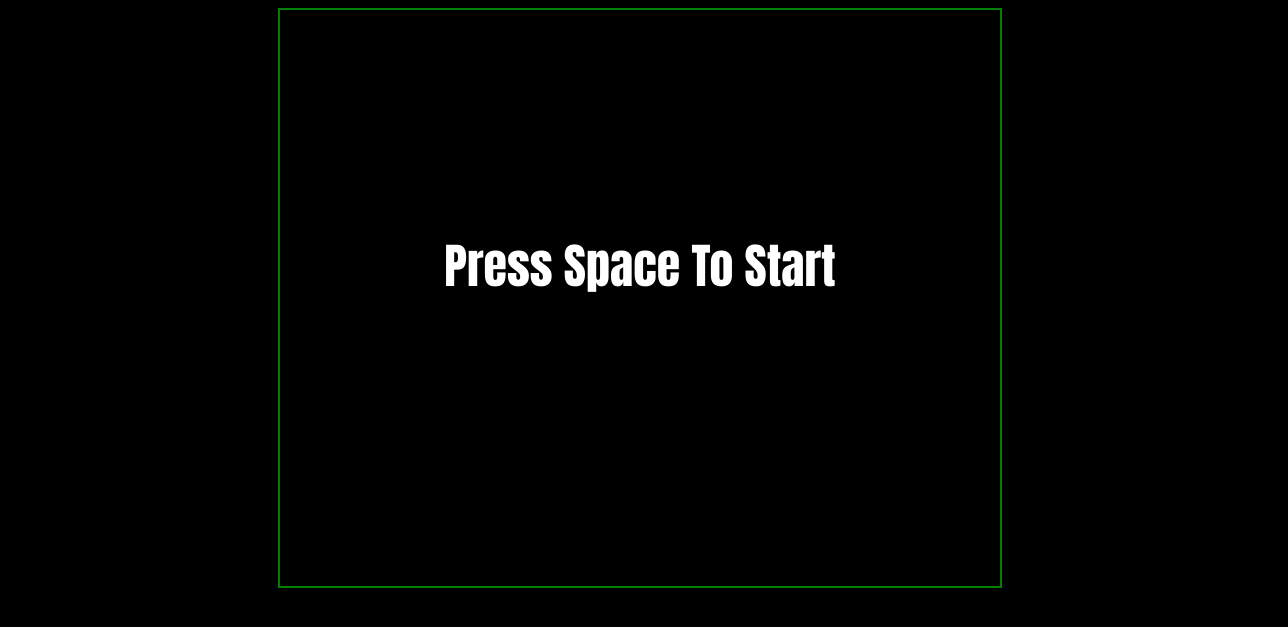
Repository: tuansontruong/SpaceInvader
Page: index.html
These files come from the project's save history. The page is drawn as it stood at one moment and after the next save; the edit follows.
The browser window is 1280 px wide. The page is 1280 px wide, then 1288 px, so the pictures cover 1288 px, including what lies to the right of the window. The pictures show the whole page.

Above is the page before, as saved 2020-05-16 20:55:17.

### index.html
<!DOCTYPE html>
<html lang="en">

<head>
    <meta charset="UTF-8">
    <meta name="viewport" content="width=device-width, initial-scale=1.0">
    <title>Document</title>
    <link rel="stylesheet" href="css/style.css">
</head>

<body>

    <div id="playWindow">
        <div id="playArea">
            <div id="scoreContainer">
                <div class="score" id="lives"></div>
                <div class="score" id="score"></div>
                <div class="score" id="highScore"></div>
                <!-- <div class="score" id="divFPS">FPS: </div> -->
            </div>
            <div id="messageContainer">
                <!-- <div class="message">Game over!</div>
                <div class="message">Press Space</div> -->
            </div>
            <div class="explosion"></div>
        </div>

    </div>

    <script src="js/jquery331.min.js"></script>
    <script src="js/settings.js"></script>
    <script src="js/script.js"></script>
    <script src="js/Size.js"></script>
    <script src="js/Point.js"></script>
    <script src="js/Sprite.js"></script>
    <script src="js/Player.js"></script>
    <script src="js/Rect.js"></script>
    <script src="js/Enemy.js"></script>
    <script src="js/Waypoint.js"></script>
    <script src="js/Bullet.js"></script>
</body>

</html>

### css/style.css
body {
    background-color: black;
    font-family: Impact, Haettenschweiler, 'Arial Narrow Bold', sans-serif;
    color: white;
}

#playWindow {
    position: relative;
    display: flex;
    justify-content: center;
}

#playArea {
    position: relative;
    width: 720px;
    height: 576px;
    border: solid green 2px;
    overflow: hidden;
}

#scoreContainer {
    left: 15px;
    top: 15px;
    position: absolute;
    text-align: left;
    z-index: 30;
}

.score {
    padding: 10px;
}

.sprite {
    position: absolute;
    z-index: 10;
}

#messageContainer {
    position: absolute;
    top: 200px;
    text-align: center;
    width: 100%;
    z-index: 40;
}

.message {
    font-size: 3em;
    padding: 20px;
}

@keyframes explosion {
    0% {
        background-image: url("../img/Ship3_Explosion_00.png");
    }
    20% {
        background-image: url("../img/Ship3_Explosion_01.png");
    }
    40% {
        background-image: url("../img/Ship3_Explosion_02.png");
    }
    60% {
        background-image: url("../img/Ship3_Explosion_03.png");
        opacity: 0.9;
    }
    80% {
        background-image: url("../img/Ship3_Explosion_04.png");
        opacity: 0.8;
    }
    100% {
        background-image: url("../img/Ship3_Explosion_05.png");
        opacity: 0.5;
    }
}

.explosion {
    width: 150px;
    height: 150px;
    position: absolute;
    left: 200px;
    left: 50%;
    top: 50%;
    transform: translate(-50%, -50%);
    top: 300px;
    animation-name: explosion;
    animation-duration: 0.5s;
    background-repeat: no-repeat;
    z-index: 20;
}

### js/settings.js
const ImageFiles = {
    'Ship3': { width: 128, height: 128 },
    'shot3_asset': { width: 64, height: 64 },
    'enemy': { width: 64, height: 64 },
    'Ship3_turbo_flight_001': { width: 64, height: 64 },
    'Ship3_turbo_flight_003': { width: 64, height: 64 }
};


const WayPoints = {
    LEFTTORIGHTSHALLOW: [{
            x: 60,
            y: -90,
            dir_x: 0,
            dir_y: 0
        },
        {
            x: 60,
            y: 128,
            dir_x: 0,
            dir_y: 1
        },
        {
            x: 810,
            y: 128,
            dir_x: 1,
            dir_y: 0
        }
    ],
    STREAMFROMB180: [{
            x: 180,
            y: 620,
            dir_x: 0,
            dir_y: 0
        },
        {
            x: 180,
            y: -90,
            dir_x: 0,
            dir_y: -1
        }
    ]
};

let EnemySequences = [];


const GameSetting = {
    keyPress: {
        left: 37,
        right: 39,
        up: 38,
        down: 40,
        space: 32
    },
    FPS: 1000 / 60,

    bulletSpeed: 700 / 1000,
    bulletLife: 4000,
    bulletFireRate: 200,
    bulletTop: 10,

    playAreaWidth: 720,
    playAreaHeight: 576,
    playAreaDiv: '#playArea',

    playerDivName: 'playerSprite',
    playerStart: {
        x: 360,
        y: 440,
    },
    playerStartLives: 3,
    playerState: {
        ok: 0,
        dead: 1,
        hitFlashing: 2
    },
    playerMoveStep: 50,
    enemyState: {
        ready: 1,
        dead: 0,
        movingToWaypoint: 2
    },

    pressSpaceDelay: 3000,
    gamePhase: {
        ready: 1,
        playing: 3,
        gameOver: 4
    },

    countdownGap: 700,
    countDownValues: ['2', '1', 'GO!']


};

let GameManager = {
    assets: {},
    player: undefined,
    bullets: undefined,
    enemies: undefined,
    phase: GameSetting.gamePhase.ready,
    lastUpdated: Date.now(),
    elapsedTime: 0,
    fps: 0,
}

### js/script.js
$(function() {
    writeMessage('Press Space To Start');
    render();
    setUpSequences();
    $(document).keydown(
        function(e) {
            if (GameManager.phase == GameSetting.gamePhase.ready || GameManager.phase == GameSetting.gameOver) {
                if (e.which == GameSetting.keyPress.space) {
                    clearMessages()
                    gameInit();
                }
            } else if (GameManager.phase == GameSetting.gamePhase.playing) {
                switch (e.which) {
                    case GameSetting.keyPress.up:
                        GameManager.player.move(0, -1);
                        break;
                    case GameSetting.keyPress.down:
                        GameManager.player.move(0, 1);
                        break;
                    case GameSetting.keyPress.left:
                        GameManager.player.move(-1, 0);
                        break;
                    case GameSetting.keyPress.right:
                        GameManager.player.move(1, 0);
                        break;
                }
            }
        }
    );
});

function render() {
    for (let key in ImageFiles) {
        GameManager.assets[key] = {
            width: ImageFiles[key].width,
            height: ImageFiles[key].height,
            fileName: 'img/' + key + '.png'
        }
    }
}

function initEnemies() {
    if (GameManager.enemies) {
        GameManager.enemies.reset();
    } else {
        GameManager.enemies = new EnemyCollection(GameManager.player, GameManager.bullets);
    }
}

function initBullet() {
    if (GameManager.bullets) {
        GameManager.bullets.reset();
    } else {
        GameManager.bullets = new BulletCollection(GameManager.player);
    }
}

function initPlayer() {
    if (GameManager.player) {
        GameManager.player.reset();
    } else {
        let asset = GameManager.assets['Ship3'];
        GameManager.player = new Player(GameSetting.playerDivName,
            new Point(GameSetting.playerStart.x, GameSetting.playerStart.y),
            asset,
            new Rect(0, 0, GameSetting.playAreaWidth - 100, GameSetting.playAreaHeight - 100));
        GameManager.player.addToBoard(1);
    }


}

function gameInit() {
    initPlayer();
    initBullet();
    initEnemies();

    GameManager.phase = GameSetting.gamePhase.playing;
    // GameManager.lastUpdated = Date.now();
    // GameManager.elapsedTime = 0;
    setTimeout(update, GameSetting.FPS);
}



function update() {
    let now = Date.now();
    let dt = now - GameManager.lastUpdated;
    GameManager.lastUpdated = now;

    GameManager.enemies.update(dt);


    if (GameManager.enemies.gameOver || GameManager.player.lives <= 0) {
        showGameOver();
    } else {
        GameManager.bullets.update(dt);
        GameManager.player.update(dt);
        setTimeout(update, GameSetting.FPS);
    }
}

function clearMessages() {
    $('#messageContainer').empty();
}

function appendMessage(text) {
    $('#messageContainer').append('<div class="message">' + text + '</div>');
}

function writeMessage(text) {
    clearMessages();
    appendMessage(text);
}

function showGameOver() {
    GameManager.phase = GameSetting.gameOver;
    appendMessage('Game Over');
    appendMessage('Press Space To Reset');
    // setTimeout(function() { appendMessage('Press Space To Reset'); }, GameSetting.pressSpaceDelay);
}




// function endCountDown() {
//     clearMessages();
//     GameManager.phase = GameSetting.gamePhase.playing;
//     GameManager.lastUpdated = Date.now();

// }

// function runCountDown() {
//     GameManager.phase = GameSetting.gamePhase.countdownToStart;
//     writeMessage(3);
//     for (let i = 0; i < GameSetting.countDownValues.length; ++i) {
//         setTimeout(writeMessage, GameSetting.countdownGap * (i + 1), GameSetting.countDownValues[i]);
//     }
//     setTimeout(endCountDown, (GameSetting.countDownValues.length + 1) * GameSetting.countdownGap);
// }

### js/Size.js
class Size {
    constructor(w, h) {
        this.width = w;
        this.height = h;
    }
}

### js/Point.js
class Point {
    constructor(x, y) {
        this.x = x;
        this.y = y;
    }
    update(x, y) {
        this.x = x;
        this.y = y;
    }

    increment(ix, iy) {
        this.x += ix;
        this.y += iy;
    }

    equalToPoint(x, y) {
        if (this.x == x && this.y == y) {
            return true;
        }
        return false;
    }
}

### js/Sprite.js
class Sprite {
    constructor(divName, position, imgName, sizePx) {
        this.divName = divName;
        this.position = position;
        this.imgName = imgName;
        this.size = sizePx;
        this.anchorShift = new Point(-this.size.width / 2, -this.size.height / 2);
        this.containingBox = new Rect(this.position.x, this.position.y,
            this.size.width, this.size.height);
    }

    addToBoard(shift) {
        let div = document.createElement("div");
        div.classList.add("sprite");
        div.id = this.divName;
        div.style.backgroundImage = "url('" + this.imgName + "')";
        div.style.backgroundRepeat = "no-repeat";
        div.style.backgroundSize = "contain";
        div.style.transform = "rotate(-90deg)";
        div.style.width = this.size.height + "px";
        div.style.height = this.size.width + "px";
        $(GameSetting.playAreaDiv).append(div);

        this.setPosition(this.position.x, this.position.y, shift);
    }
    removeFromBoard() {
        $('#' + this.divName).remove();
    }

    draw() {
        $('#' + this.divName).css({
            "left": this.position.x,
            "top": this.position.y
        });
    }

    setPosition(x, y, shift) {
        this.position.update(x, y);
        this.containingBox.update(this.position.x, this.position.y);
        if (shift) {
            this.incrementPosition(this.anchorShift.x, this.anchorShift.y);
        }
        this.draw();
    }
    updatePosition(x, y) {
        this.position.update(x, y);
        this.containingBox.update(this.position.x, this.position.y);
        this.draw();
    }
    incrementPosition(ix, iy) {
        this.position.increment(ix, iy);
        this.containingBox.update(this.position.x, this.position.y);
        this.draw();
    }
}

### js/Player.js
class Player extends Sprite {
    constructor(divName, position, assetDesc, boundaryRect) {
        super(divName, position, assetDesc.fileName, new Size(assetDesc.width, assetDesc.height));
        this.lives = GameSetting.playerStartLives;
        this.score = 0;
        this.highScore = 0;
        this.state = GameSetting.playerState.ok;
        this.boundaryRect = boundaryRect; //for boudary
        this.isHit = false;
        this.lasthit = 0;
        this.setLives();
        this.setScore();
        this.setHighScore();
    }

    reset() {
        this.lives = GameSetting.playerStartLives;
        this.score = 0;
        this.isHit = false;
        this.state = GameSetting.playerState.ok;
        this.setLives();
        this.setScore();
        this.setHighScore();
        this.setPosition(GameSetting.playerStart.x, GameSetting.playerStart.y, 1)
    }

    incrementScore(amount) {
        this.score += amount;
        this.setScore();
        this.setHighScore();
    }

    update(dt) {
        this.lasthit += dt;

        // player got hit
        if (this.isHit && this.state !== GameSetting.playerState.hitFlashing) {
            this.state = GameSetting.playerState.hitFlashing;
            this.lives--;
            this.lasthit = 0;
            this.setLives();
            if (this.lives > 0) {
                $('#' + this.divName).css({ 'opacity': '0.5' });
            }
        }

        // set back to default
        if (this.state === GameSetting.playerState.hitFlashing) {
            if (this.lasthit > 2000) {
                this.state = GameSetting.playerState.ok;
                this.lasthit = 0;
                this.isHit = false;
                $('#' + this.divName).css({ 'opacity': '1.0' });
            }
        }
    }

    move(x, y) {
        let xStep = GameSetting.playerMoveStep * x;
        let yStep = GameSetting.playerMoveStep * y;

        // check boundary
        if (this.boundaryRect.outsideHorizontal(xStep + this.position.x)) xStep = 0;
        if (this.boundaryRect.outsideVertical(yStep + this.position.y)) yStep = 0;

        this.incrementPosition(xStep, yStep);
    }

    setLives() {
        $('#lives').text('x' + this.lives);
    }

    setScore() {
        $('#score').text(this.score);
    }

    setHighScore() {
        if (this.score > this.highScore) {
            this.highScore = this.score
        }
        $('#highScore').text(this.highScore);
    }
}

### js/Rect.js
class Rect {
    constructor(x, y, width, height) {
        this.origin = new Point(x, y);
        this.size = new Size(width, height);
        this.max = new Point(this.origin.x + this.size.width, this.origin.y + this.size.height);
    }

    update(x, y) {
        this.origin.x = x;
        this.origin.y = y;
        this.max.x = this.origin.x + this.size.width;
        this.max.y = this.origin.y + this.size.height;
    }

    // shift(x, y) {
    //     this.update(this.origin.x + x, this.origin.y + y);
    // }

    // check boundary
    outsideHorizontal(x) {
        if (x < this.origin.x || x > this.max.x) {
            return true;
        } else {
            return false;
        }
    }
    outsideVertical(y) {
        if (y < this.origin.y || y > this.max.y) {
            return true;
        } else {
            return false;
        }
    }

    // check bullet hit enemy
    IntersectedBy(rect) {
        if (this.origin.x > rect.max.x || rect.origin.x > this.max.x || this.origin.y > rect.max.y || rect.origin.y > this.max.y) {
            return false;
        }
        return true;
    }
}

### js/Enemy.js
class Enemy extends Sprite {
    constructor(divName, assetDesc, player, sequence) {
        super(divName, new Point(0, 0), assetDesc.fileName, new Size(assetDesc.width, assetDesc.height));
        this.state = GameSetting.enemyState.ready;
        this.waypointList = [];
        this.targetWayPointNumber = 0;
        this.targetWayPoint = new Waypoint(0, 0, 0, 0);
        this.lastWayPointIndex = 0;
        this.player = player;
        this.score = sequence.score;
        this.lives = sequence.lives;
        this.speed = sequence.speed;
        this.readInWaypoints(sequence.waypoints);
    }

    readInWaypoints(wpList) {
        this.waypointList = [];
        for (let i = 0; i < wpList.length; ++i) {
            let t_wp = wpList[i];
            let n_wp = new Waypoint(
                t_wp.x + this.anchorShift.x,
                t_wp.y + this.anchorShift.y,
                t_wp.dir_x,
                t_wp.dir_y
            );
            this.waypointList.push(n_wp);
        }
    }

    checkIfCollisionWithPlayer() {
        if (this.containingBox.IntersectedBy(this.player.containingBox)) {
            if (!this.player.isHit) {
                this.player.isHit = true;
            }
            // if (this.player.state == GameSetting.playerState.ok)
            //     this.player.state = GameSetting.playerState.hitFlashing;
        }
    }

    update(dt) {
        switch (this.state) {
            case GameSetting.enemyState.movingToWaypoint:
                this.moveTowardPoint(dt);
                this.checkIfCollisionWithPlayer();
                break;
        }
    }

    moveTowardPoint(dt) {
        let inc = dt * this.speed;
        this.incrementPosition(inc * this.targetWayPoint.dir_x, inc * this.targetWayPoint.dir_y);

        if (Math.abs(this.position.x - this.targetWayPoint.point.x) < Math.abs(inc) &&
            Math.abs(this.position.y - this.targetWayPoint.point.y) < Math.abs(inc)) {
            this.updatePosition(this.targetWayPoint.point.x, this.targetWayPoint.point.y);
        }

        if (this.position.equalToPoint(this.targetWayPoint.point.x, this.targetWayPoint.point.y)) {
            if (this.targetWayPointNumber == this.lastWayPointIndex) {
                this.remove();
            } else {
                this.setNextWayPoint();
            }
        }
    }

    setNextWayPoint() {
        this.targetWayPointNumber++;
        this.targetWayPoint = this.waypointList[this.targetWayPointNumber];
    }

    remove() {
        this.state = GameSetting.enemyState.dead;
        this.removeFromBoard();
    }

    setMoving() {
        this.targetWayPointNumber = 0;
        this.targetWayPoint = this.waypointList[this.targetWayPointNumber];
        this.lastWayPointIndex = this.waypointList.length - 1;
        this.setPosition(this.targetWayPoint.point.x, this.targetWayPoint.point.y, false);
        this.addToBoard(false);

        // this.targetWayPointNumber = 1;
        // this.targetWayPoint = this.waypointList[this.targetWayPointNumber];
        this.state = GameSetting.enemyState.movingToWaypoint;
    }
}

class EnemyCollection {
    constructor(player, bullets) {
        this.listEnemies = [];
        this.lastAdded = 0;
        this.gameOver = false;
        this.sequenceIndex = 0;
        this.sequencesDone = false;
        this.count = 0;
        this.player = player;
        this.bullets = bullets;
    }

    reset() {
        this.killAll();
        this.listEnemies = [];
        this.lastAdded = 0;
        this.gameOver = false;
        this.sequenceIndex = 0;
        this.sequencesDone = false;
        this.count = 0;
    }
    killAll() {
        for (let i = 0; i < this.listEnemies.length; ++i) {
            this.listEnemies[i].remove();
        }
    }

    update(dt) {
        this.lastAdded += dt;
        if (!this.sequencesDone && EnemySequences[this.sequenceIndex].delayBefore < this.lastAdded) {
            this.addEnemy();
        }

        for (let i = this.listEnemies.length - 1; i >= 0; --i) {
            let enemy = this.listEnemies[i];
            if (enemy.state == GameSetting.enemyState.dead) {
                this.listEnemies.splice(i, 1);
            } else if (this.listEnemies[i].state == GameSetting.enemyState.movingToWaypoint) {
                for (let b = 0; b < this.bullets.listBullets.length; ++b) {
                    let bullet = this.bullets.listBullets[b];
                    if (!bullet.dead && bullet.position.y > GameSetting.bulletTop && enemy.containingBox.IntersectedBy(bullet.containingBox)) {
                        bullet.killBullet();
                        enemy.lives--;
                        if (enemy.lives <= 0) {
                            this.player.incrementScore(enemy.score);
                            enemy.remove();
                        }
                    }
                }
                enemy.update(dt);
            }
        }

        this.checkGameOver();
    }

    checkGameOver() {
        if (this.listEnemies.length == 0 && this.sequencesDone) {
            this.gameOver = true;
        }
    }

    addEnemy() {
        let seq = EnemySequences[this.sequenceIndex];
        let en_new = new Enemy('en_' + this.count, GameManager.assets[seq.image],
            this.player, seq);
        this.listEnemies.push(en_new);
        en_new.setMoving();
        this.count++;
        this.sequenceIndex++;
        this.lastAdded = 0;
        if (this.sequenceIndex == EnemySequences.length) {
            this.sequencesDone = true;
        }
    }
}

function addEnemySequence(delayBefore, image, score, lives, speed, number, delayBetween, waypoints) {
    for (let i = 0; i < number; ++i) {
        let delay = delayBetween;
        if (i == 0) {
            delay = delayBefore;
        }
        EnemySequences.push({
            delayBefore: delay,
            image: image,
            waypoints: waypoints,
            score: score,
            lives: lives,
            speed: speed
        });
    }
}

function setUpSequences() {
    addEnemySequence(2000, 'enemy', 100, 1, 200 / 1000,
        2, 800, WayPoints['LEFTTORIGHTSHALLOW']);
    addEnemySequence(4000, 'enemy', 100, 1, 400 / 1000,
        6, 400, WayPoints['STREAMFROMB180']);
    // console.log(EnemySequences);
}

### js/Waypoint.js
class Waypoint {
    constructor(x, y, dir_x, dir_y) {
        this.point = new Point(x, y);
        this.dir_x = dir_x;
        this.dir_y = dir_y;
    }
}

### js/Bullet.js
class Bullet extends Sprite {
    constructor(divName, assetDesc, position) {
        super(divName, position, assetDesc.fileName, new Size(assetDesc.width, assetDesc.height));
        this.life = GameSetting.bulletLife;
        this.dead = false;
        this.addToBoard(1);

    }

    update(dt) {
        let inc = dt * GameSetting.bulletSpeed;
        this.incrementPosition(0, -inc);
        this.life -= dt;
        if (this.life < 0) {
            this.killBullet();
        }
    }

    killBullet() {
        this.dead = true;
        this.removeFromBoard();
    }
}

class BulletCollection {
    constructor(player) {
        this.listBullets = [];
        this.lastAdded = 0;
        this.player = player;
        this.total_bullets = 0;
    }

    reset() {
        this.listBullets.forEach(element => {
            element.removeFromBoard();
        });

        this.listBullets = [];
        this.lastAdded = 0;
        this.total_bullets = 0;
    }

    update(dt) {

        // ADD to list
        if (this.lastAdded > GameSetting.bulletFireRate &&
            this.player.state != GameSetting.playerState.hitFlashing) {
            this.lastAdded = 0;
            this.listBullets.push(
                new Bullet(
                    'bullet_' + this.total_bullets,
                    GameManager.assets['shot3_asset'],
                    new Point(this.player.position.x + (this.player.size.width / 2),
                        this.player.position.y)
                )
            );
            this.total_bullets++;
        }
        for (let i = this.listBullets.length - 1; i >= 0; --i) {
            if (this.listBullets[i].dead == true) {
                this.listBullets.splice(i, 1);
            } else {
                this.listBullets[i].update(dt);
            }
        }
        this.lastAdded += dt;


    }
}

Loaded but not shown: js/jquery331.min.js (library)

After the next save:
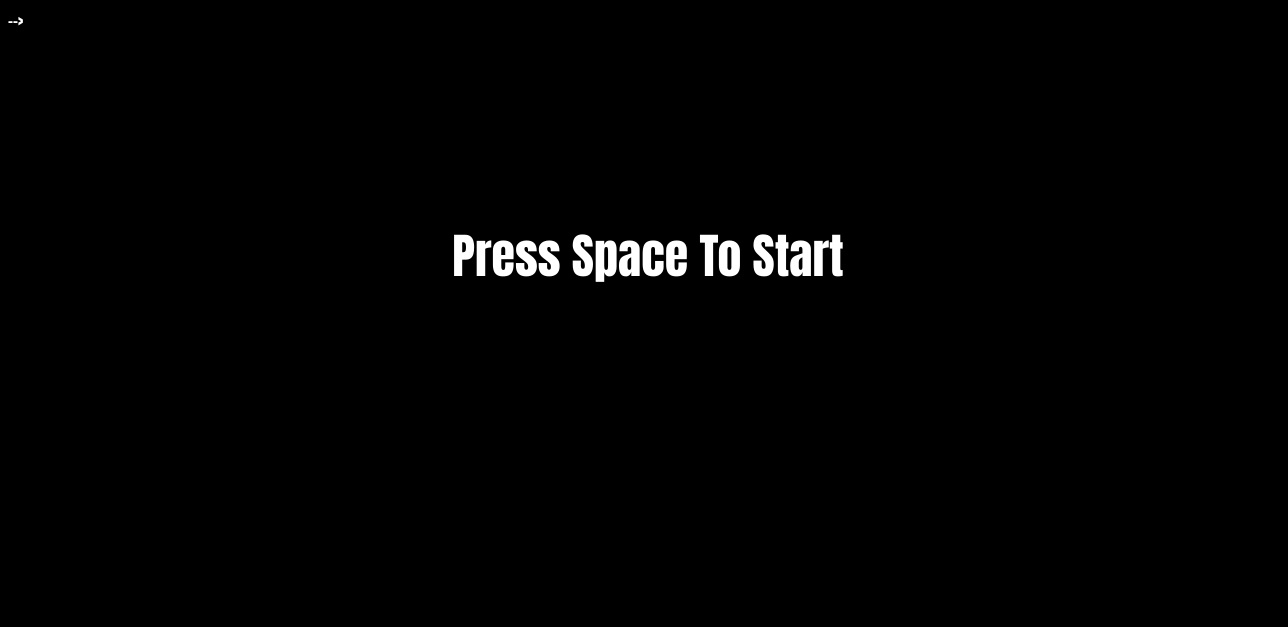
Saved 32 s later.
--- a/index.html
+++ b/index.html
@@ -9,23 +9,24 @@
 </head>
 
 <body>
+    <div class="explosion"></div>
 
-    <div id="playWindow">
+    <!-- <div id="playWindow">
         <div id="playArea">
             <div id="scoreContainer">
                 <div class="score" id="lives"></div>
                 <div class="score" id="score"></div>
                 <div class="score" id="highScore"></div>
                 <!-- <div class="score" id="divFPS">FPS: </div> -->
-            </div>
-            <div id="messageContainer">
-                <!-- <div class="message">Game over!</div>
+    </div>
+    <div id="messageContainer">
+        <!-- <div class="message">Game over!</div>
                 <div class="message">Press Space</div> -->
-            </div>
-            <div class="explosion"></div>
-        </div>
+    </div>
 
     </div>
+
+    </div> -->
 
     <script src="js/jquery331.min.js"></script>
     <script src="js/settings.js"></script>
